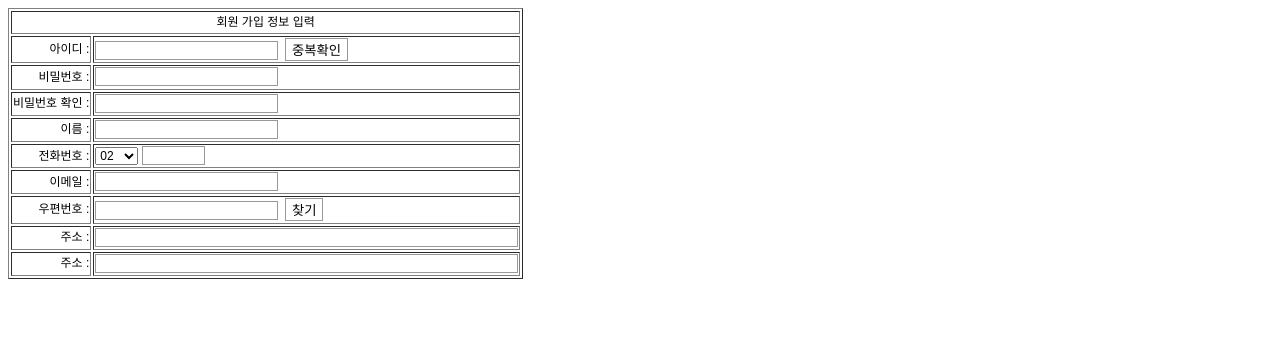
Repository: sgnq008-tech/JSP
Page: http://localhost/WebProject/memberone/regForm.jsp
The author's editor kept a copy of each file at every save. The page is drawn from the files as they stood at one save, then again after the next save.
The browser window is 1280 px wide. The pictures show the whole page.
The page is served by Tomcat 9. Other server files are loaded and not shown.

Above is the page before, as saved 2026-09-14 07:46:56.
Console error (its wording comes from the project's code and is left out).

### jsp_workspace/WebProject/src/main/webapp/memberone/regForm.jsp
<%@ page language="java" contentType="text/html; charset=UTF-8"
    pageEncoding="UTF-8"%>
<!DOCTYPE html>
<html>
<head>
<meta charset="UTF-8">
<title>회원가입</title>
<link href="style.css" rel="stylesheet" type="text/css">
</head>
<body>
<form action="regProc.jsp" name="regForm" method="post">
<table border="1">
       <tr>
           <td colspan="2" align="center">회원 가입 정보 입력</td>
      </tr>

      <tr>
           <td align="right"> 아이디 : </td>
            <td>
               <input type="text" name="id">&nbsp;
               <input type="button" value="중복확인" onclick="#">
            </td>
       </tr>

       <tr>
           <td align="right"> 비밀번호 : </td>
            <td>
               <input type="password" name="pass">
            </td>
       </tr>

        <tr>
           <td align="right"> 비밀번호 확인 : </td>
            <td>
               <input type="password" name="repass">
            </td>
       </tr>

        <tr>
           <td align="right"> 이름 : </td>
            <td>
               <input type="type" name="name">
            </td>
       </tr>

        <tr>
           <td align="right"> 전화번호 : </td>
            <td>
               <select name="phone1">
                               <option value="02">02</option>
                               <option value="031">031</option>
                               <option value="010">010</option>
               </select>
               <input type="text" name="phone02" size="5">
            </td>
       </tr>


      <tr>
           <td align="right"> 이메일 : </td>
            <td>
               <input type="text" name="email">
            </td>
       </tr>


      <tr>
           <td align="right"> 우편번호 : </td>
            <td>
               <input type="text" name="zipcode">&nbsp;
               <input type="button" value="찾기" onclick="#">
            </td>
       </tr>

       <tr>
           <td align="right"> 주소 : </td>
            <td>
               <input type="text" name="address1" size="50">
            </td>
       </tr>

       <tr>
           <td align="right"> 주소 : </td>
            <td>
               <input type="text" name="address2" size="50">
            </td>
       </tr>



</table>

</form>
</body>
</html>

### jsp_workspace/WebProject/src/main/webapp/memberone/style.css
@charset "UTF-8";
body {
	font-size: 9pt;
	color: black;
	line-height: 160%;
	font-family: sans-serif;
}

td {
	font-size: 9pt;
	color: black;
	line-height: 160%;
	font-family: sans-serif;
}

select {
	font-size: 9pt;
	color: black;
	line-height: 160%;
	font-family: sans-serif;
}

div {
	font-size: 9pt;
	color: black;
	line-height: 160%;
	font-family: sans-serif;
}

form {
	font-size: 9pt;
	color: black;
	line-height: 160%;
	font-family: sans-serif;
}

textarea {
	border-right: 1px solid #999999;
	border-top: 1px solid #999999;
	border-left: 1px solid #999999;
	border-bottom: 1px solid #999999;
	font-family: sans-serif;
	background-color: white;
}

input {
	border-right: 1px solid #999999;
	border-top: 1px solid #999999;
	border-left: 1px solid #999999;
	border-bottom: 1px solid #999999;
	font-family: sans-serif;
	background-color: white;
}

a:link{ text-decoration: none; color: #696969;}
a:hover{ text-decoration: yes; color: #66CCFF;}
a:visited{ text-decoration: none; color: #330066;}

After the next save:
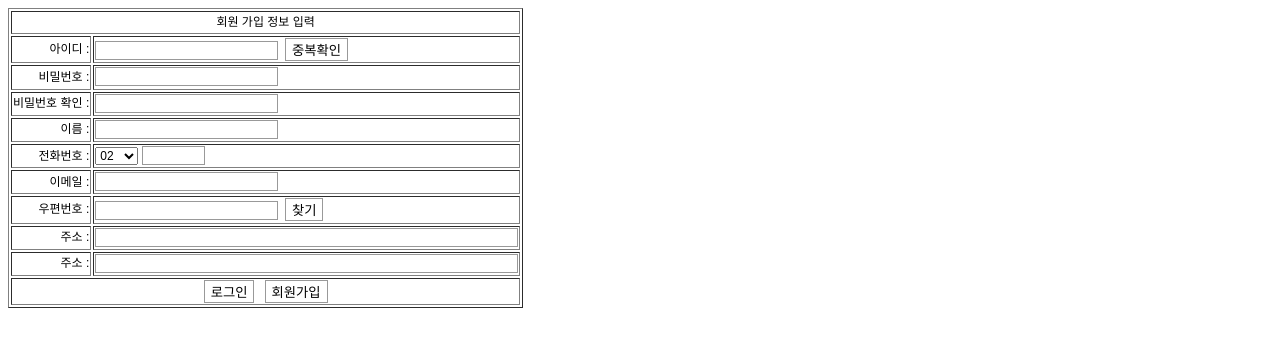
Saved 47 s later.
--- a/jsp_workspace/WebProject/src/main/webapp/memberone/regForm.jsp
+++ b/jsp_workspace/WebProject/src/main/webapp/memberone/regForm.jsp
@@ -86,6 +86,14 @@
             </td>
        </tr>
 
+       <tr>
+           <td colspan="2" align="center">
+                  <input type="submit" value="로그인">&nbsp;&nbsp;
+                  <input type="button" value="회원가입"
+                  onclick="javascript:window.location='regForm.jsp' ">
+           </td>
+         </tr>
+
 
 
 </table>
